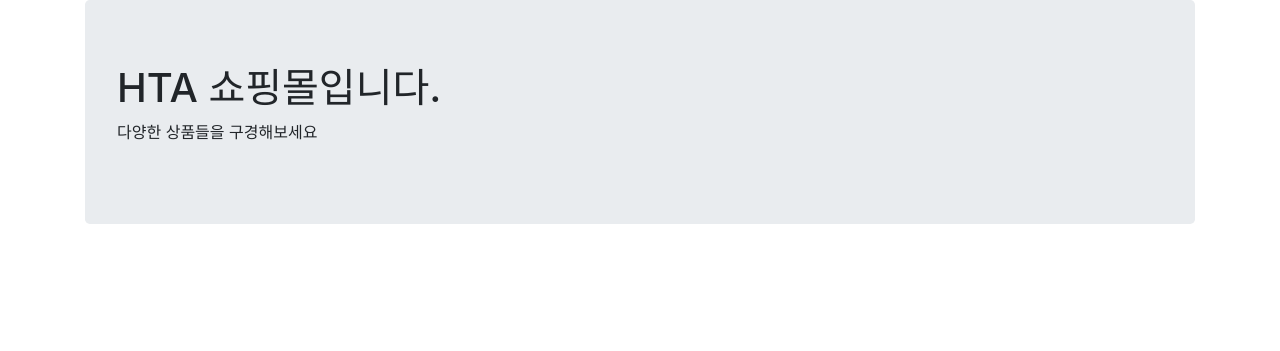
Repository: onuo77/HTA
Page: http://localhost/sample-mybatis/index.jsp
The author's editor kept a copy of each file at every save. The page is drawn from the files as they stood at one save, then again after the next save.
The browser window is 1280 px wide. The pictures show the whole page.
The page is served by Tomcat 9.

Above is the page before, as saved 2021-05-25 08:07:25.

After the next save:
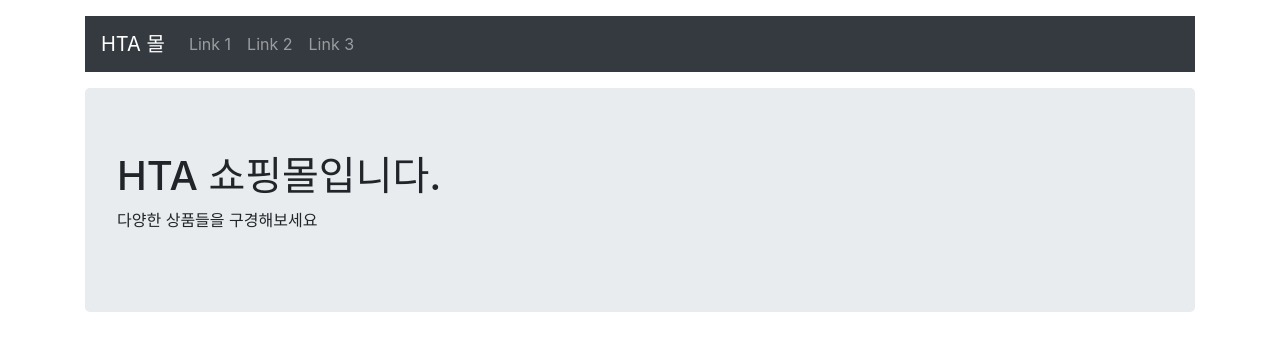
Saved 5 min 27 s later.
--- a/java-web/sample-mybatis/src/main/webapp/index.jsp
+++ b/java-web/sample-mybatis/src/main/webapp/index.jsp
@@ -6,14 +6,22 @@
 <meta charset="UTF-8">
 <meta name="viewport" content="width=device-width, initial-scale=1">
 <link rel="stylesheet" href="https://maxcdn.bootstrapcdn.com/bootstrap/4.5.2/css/bootstrap.min.css">
-<title>Insert title here</title>
+<title>상품몰</title>
 </head>
 <body>
-	<div class="container">
-		<div class="jumbotron">
-			<h1>HTA 쇼핑몰입니다.</h1>
-			<p>다양한 상품들을 구경해보세요</p>
-		</div>
+<div class="container">
+	<nav class="navbar navbar-expand-sm bg-dark navbar-dark my-3">
+		<a class="navbar-brand" href="">HTA 몰</a>
+	  	<ul class="navbar-nav">
+	    	<li class="nav-item"><a class="nav-link" href="#">Link 1</a></li>
+	    	<li class="nav-item"><a class="nav-link" href="#">Link 2</a></li>
+	    	<li class="nav-item"><a class="nav-link" href="#">Link 3</a></li>
+	  	</ul>
+	</nav>
+	<div class="jumbotron">
+		<h1>HTA 쇼핑몰입니다.</h1>
+		<p>다양한 상품들을 구경해보세요</p>
 	</div>
+</div>
 </body>
 </html>
